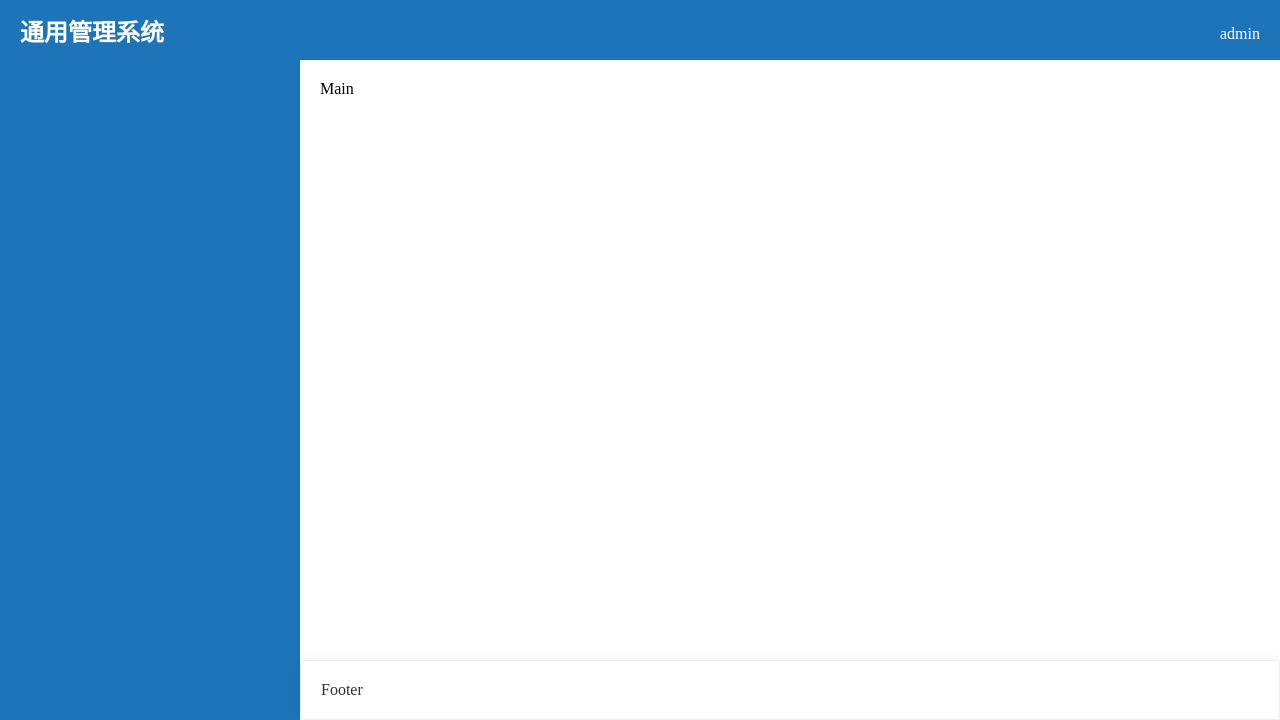
Repository: LdoIt/backstage-management-system
Page: /#/home (app in backstage-management-system/)
An editor plug-in stored every save of this project. The page is shown before and after the next save, followed by the edit.
The browser window is 1280 px wide. The pictures show the whole page.
The project was rebuilt for these pictures with package versions that can differ from the ones it lists, and the page was loaded fresh each time. Also part of the build but not shown: backstage-management-system/vue.config.js, backstage-management-system/src/pages/students/StudentList.vue.

Above is the page before, as saved 2023-04-16 09:21:13.

After the next save:
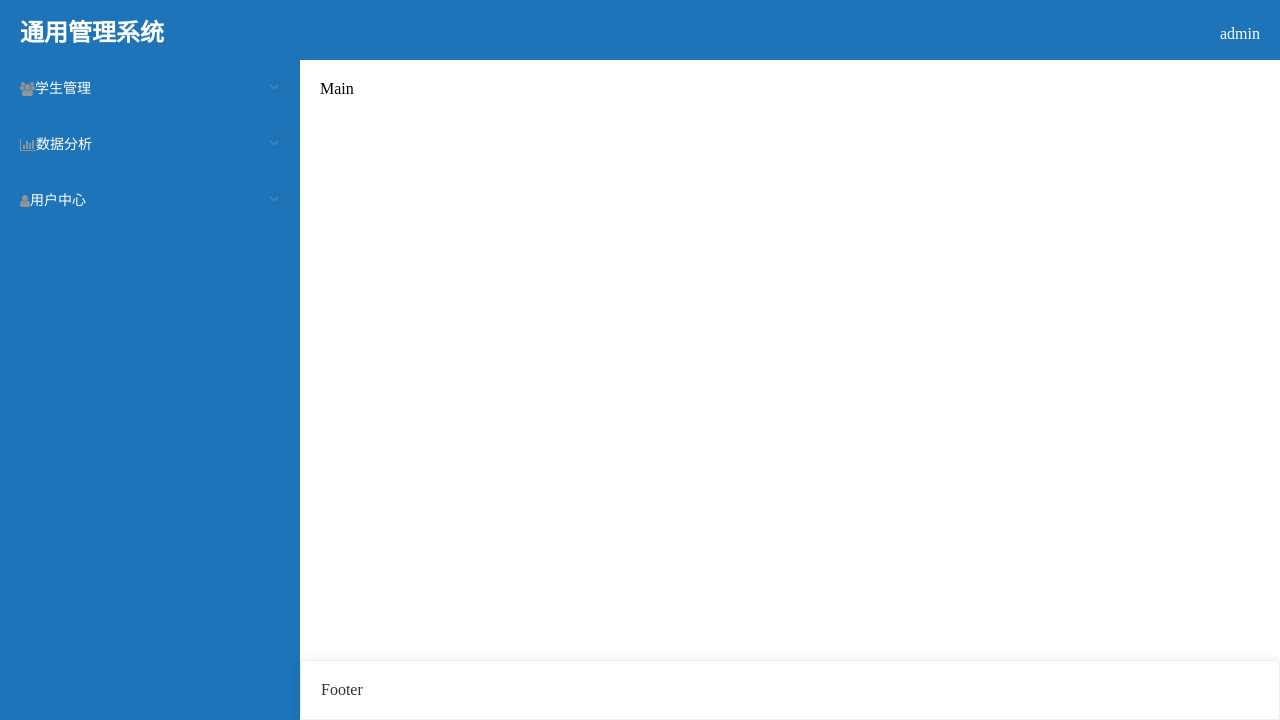
Saved 18 s later.
--- a/backstage-management-system/src/components/common/Menu.vue
+++ b/backstage-management-system/src/components/common/Menu.vue
@@ -6,7 +6,7 @@
     <el-menu default-active="2" class="el-menu-vertical-demo" background-color="#1d74b9" text-color="#fff" active-text-color="#ffd04b">
       <el-submenu :index="item1.name" v-for="(item1, index) in routes" :key="index">
         <template slot="title">
-          <i :class="item.iconClass"></i>
+          <i :class="item1.iconClass"></i>
           <span>{{item1.name}}</span>
         </template>
         <el-menu-item-group>
